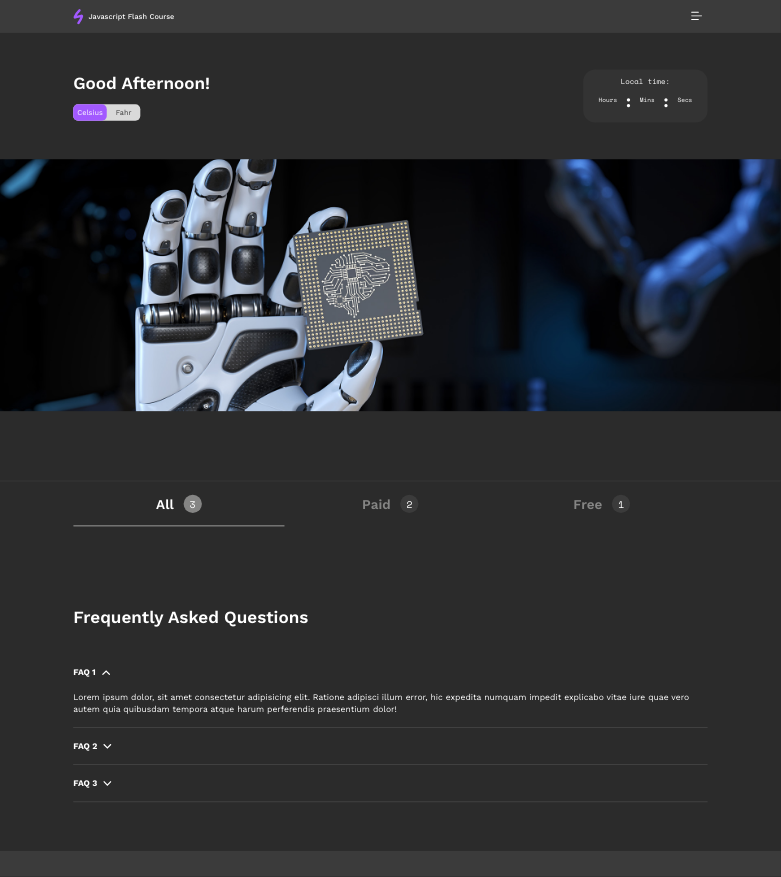
Repository: GettieSirma/JAVASCRIPT-TEST
Page: index.html
These files come from the project's save history. The page is drawn as it stood at one moment and after the next save; the edit follows.
The browser window is 1280 px wide. The pictures show the whole page, at 61% of full size.

Above is the page before, as saved 2024-04-26 10:35:40.
Console error: SyntaxError: Invalid or unexpected token

After the next save:
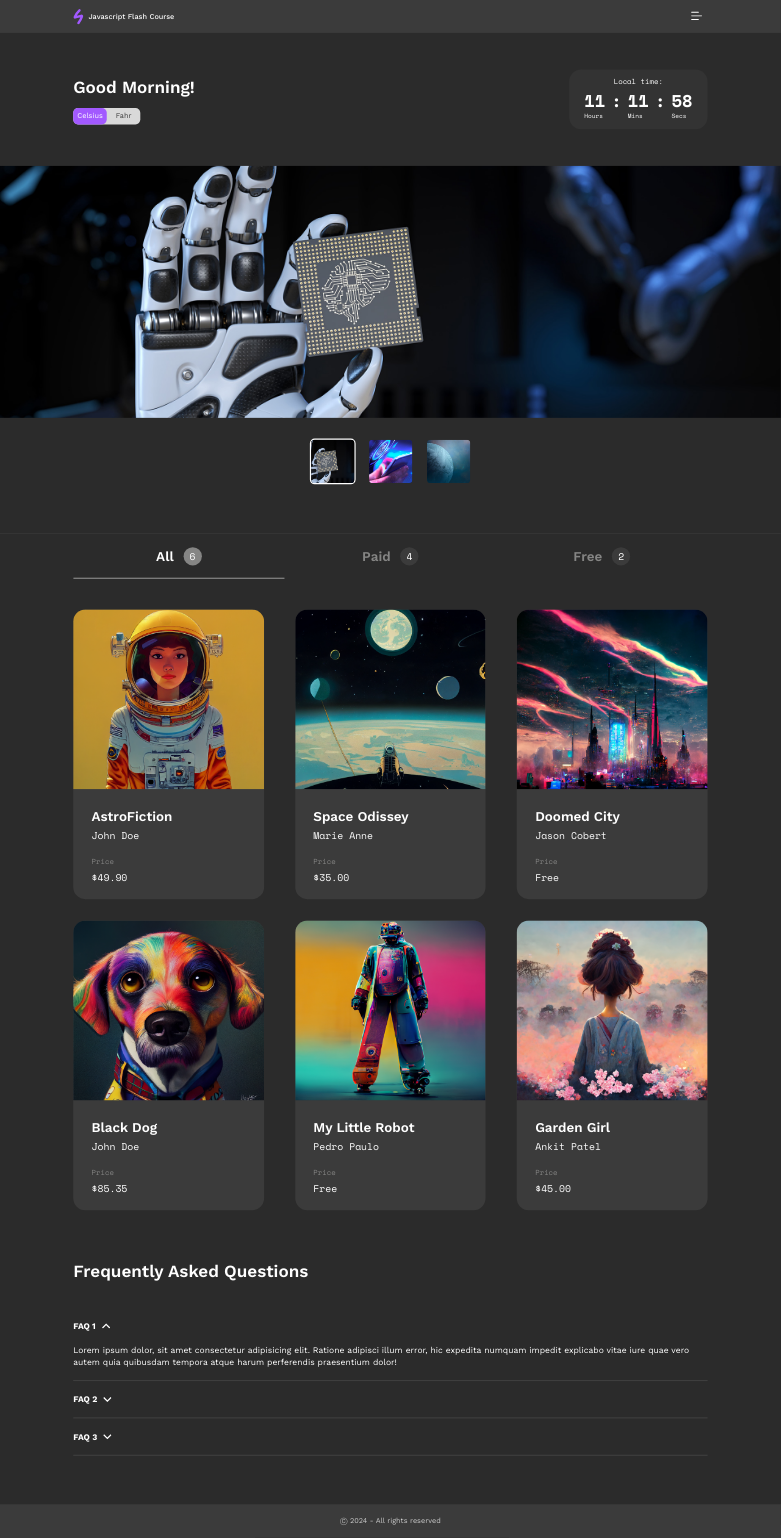
The error is gone.
Saved 11 s later.
--- a/index.html
+++ b/index.html
@@ -300,75 +300,43 @@
 
         // Weather Text
 
-        //weather
-        const weatherData = {
-            "Westlands": {
-                celsius: {
-                    temperature: 20,
-                    description: "partly cloudy",
-                },
-                fahr: {
-                    temperature: 68,
-                    description: "partly cloudy",
-                },
-            },
-            "Westlands": {
-                celsius: {
-                    temperature: 25,
-                    description: "sunny",
-                },
-                fahr: {
-                    temperature: 77,
-                    description: "sunny",
-                },
-            },
-        };
-
-        // Function to convert Celsius to Fahrenheit
-        function celsiusToFahrenheit(celsius) {
-            return (celsius * 9) / 5 + 32;
-        }
-
-        // Function to update the weather information
-        function updateWeatherInfo(location, temperatureUnit) {
-            const weather = weatherData[location][temperatureUnit];
-            const temp =
-                temperatureUnit === "celsius" ?
-                weather.temperature :
-                celsiusToFahrenheit(weather.temperature);
-            const message = Today 's weather in ${location} is ${weather.description} with a temperature of ${temp}°${temperatureUnit}.;
-            document.getElementById("weather").innerText = message;
-        }
-
-        // Add event listeners to temperature buttons
-        document.getElementById("celsius").addEventListener("click", () => {
-            updateWeatherInfo("Westlands", "celsius");
-        });
-
-        document.getElementById("fahr").addEventListener("click", () => {
-            updateWeatherInfo("Westlands", "fahr");
-        });
-
-        // Initialize the weather info
-        document.getElementById("fahr").click();
-
-        // Temperature Switch
-
-        document.querySelector(".weather-group").addEventListener("click", function(e) {
-
-        if (e.target.id == "celsius") {
-            document.querySelector("p#weather").innerHTML = celsiusText;
-        } else if (e.target.id == "fahr") {
-            document.querySelector("p#weather").innerHTML = fahrText;
-        }
-
-        });
-
-        }).catch((err => {
-        document.querySelector("p#weather").innerHTML = "Unable to get the weather info. Try again later.";
-        }));
-
-        });
+        function weatherHandler() {
+            navigator.geolocation.getCurrentPosition(position => {
+                let latitude = position.coords.latitude;
+                let longitude = position.coords.longitude;
+                let url = weatherAPIURL
+                    .replace("{lat}", latitude)
+                    .replace("{lon}", longitude)
+                    .replace("{API key}", weatherAPIKey);
+                fetch(url)
+                    .then(response => response.json())
+                    .then(data => {
+                        const condition = data.weather[0].description;
+                        const location = data.name;
+                        const temperature = data.main.temp;
+
+                        let celsiusText = `The weather is ${condition} in ${location} and it's ${temperature.toFixed(1)}°C outside.`;
+                        let fahrText = `The weather is ${condition} in ${location} and it's ${celsiusToFahr(temperature).toFixed(1)}°F outside.`;
+
+                        document.querySelector("p#weather").innerHTML = celsiusText;
+
+                        // Temperature Switch
+
+                        document.querySelector(".weather-group").addEventListener("click", function(e) {
+
+                            if (e.target.id == "celsius") {
+                                document.querySelector("p#weather").innerHTML = celsiusText;
+                            } else if (e.target.id == "fahr") {
+                                document.querySelector("p#weather").innerHTML = fahrText;
+                            }
+
+                        });
+
+                    }).catch((err => {
+                        document.querySelector("p#weather").innerHTML = "Unable to get the weather info. Try again later.";
+                    }));
+
+            });
         }
 
         // Local Time Section
